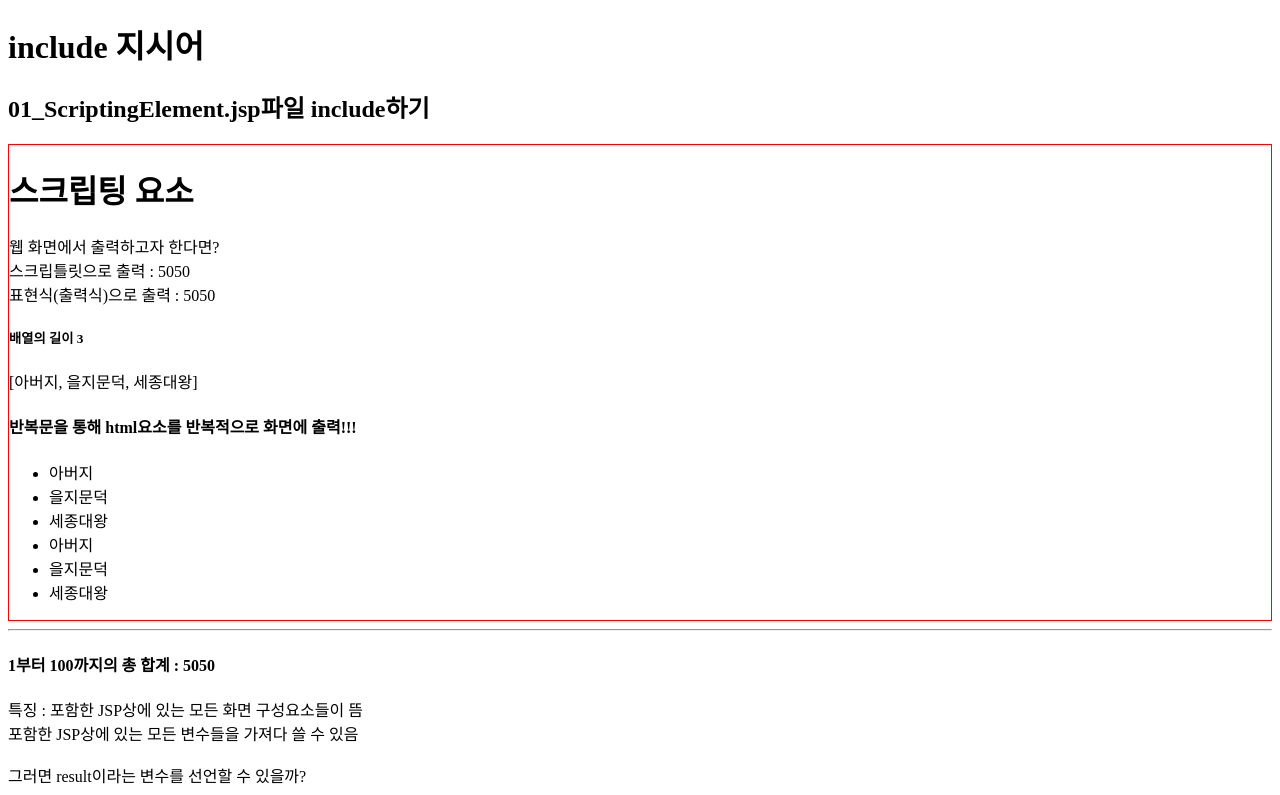
Repository: DonghwanSon1/StudyAndSubwayStore
Page: http://localhost/2_JSP/views/03_DirectiveInclude.jsp
The author's editor kept a copy of each file at every save. The page is drawn from the files as they stood at one save, then again after a run of saves.
The browser window is 1280 px wide. The pictures show the whole page.
The page is served by Tomcat 9.

Above is the page before, as saved 2022-06-02 07:35:58.

After the next 2 saves:
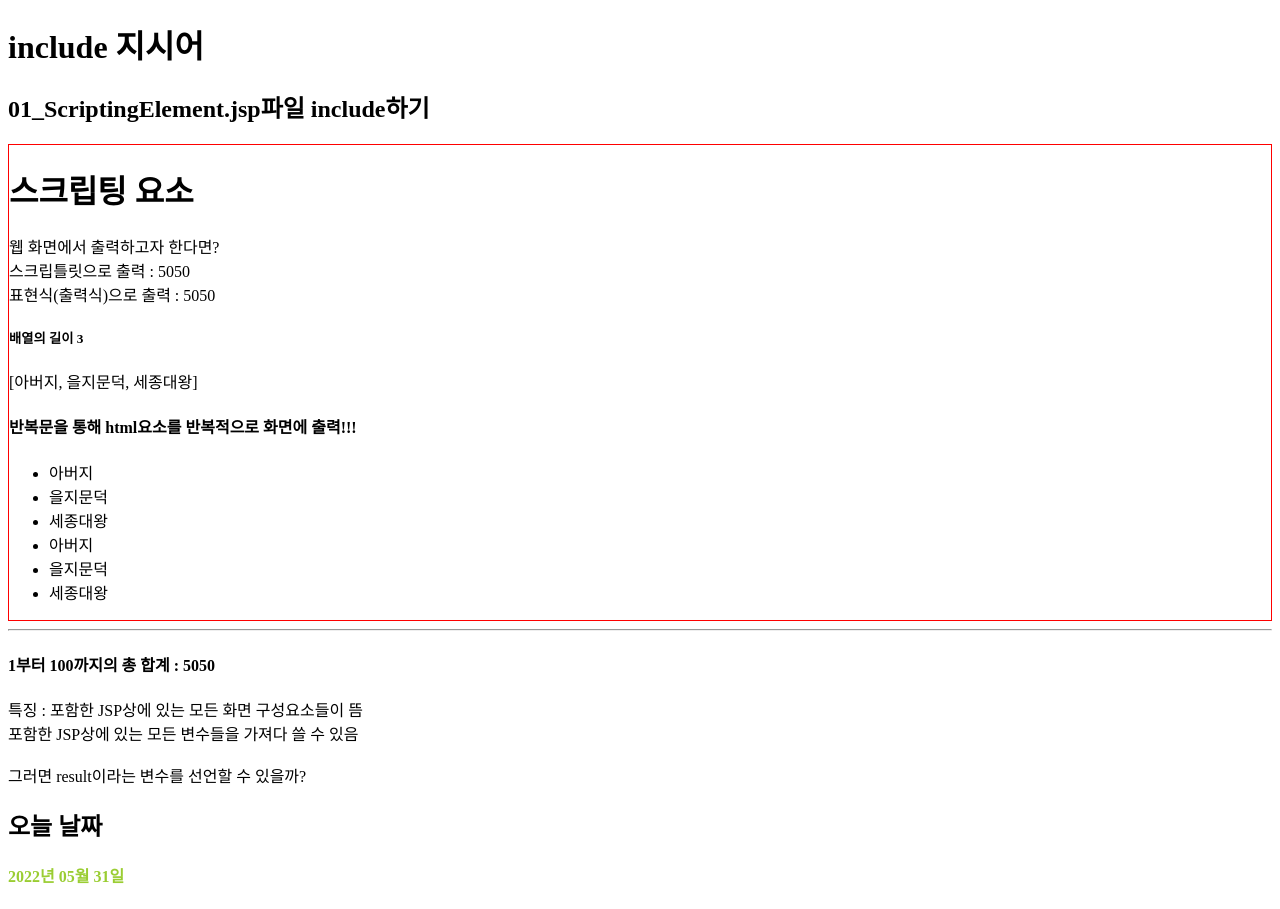
The 2 saves are shown as one change because 1 did not build or start.
The last was saved 54 s later.
--- a/2_JSP/WebContent/views/03_DirectiveInclude.jsp
+++ b/2_JSP/WebContent/views/03_DirectiveInclude.jsp
@@ -28,7 +28,8 @@
 
 	%>
 
-
+	<h2>오늘 날짜</h2>
+	<%@ include file="datePrint.jsp" %>
 
 
 
